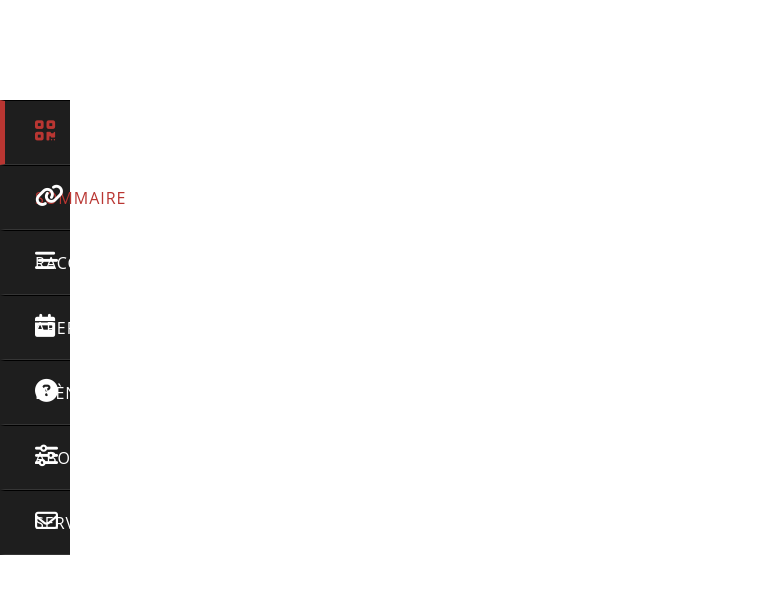
Repository: Alex-Serky/Dossier-Nav
Page: Nav-Responsive/index.html
An editor plug-in stored every save of this project. The page is shown before and after the next save, followed by the edit.
The browser window is 768 px wide. The pictures show the whole page.
Some web fonts or font styles are not loaded; a fallback is used. Some web libraries are served in a nearby version.

Above is the page before, as saved 2020-02-22 01:20:29.

After the next save:
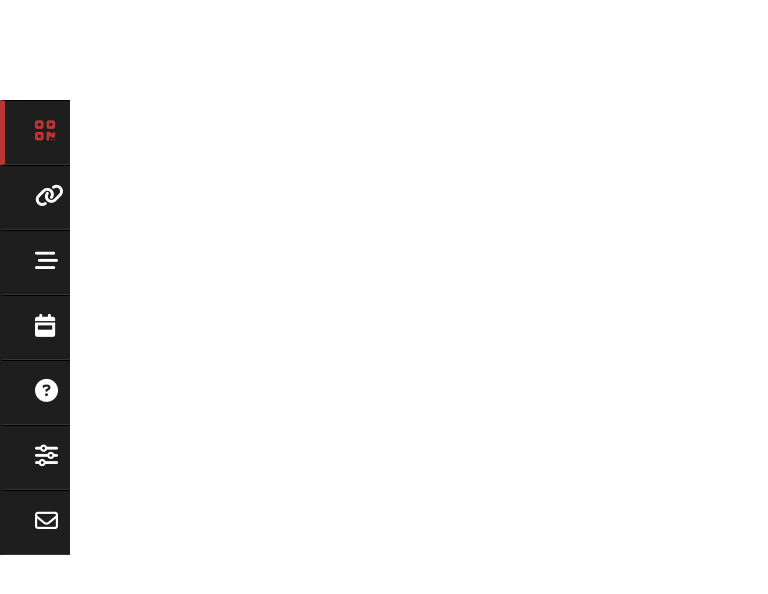
Saved 105 s later.
--- a/Nav-Responsive/style.css
+++ b/Nav-Responsive/style.css
@@ -110,4 +110,11 @@ label #cancel {
     #cancel {
         display: none;
     }
+
+    span {
+        position: absolute;
+        margin-left: 23px;
+        opacity: 0;
+        visibility: hidden;
+    }
 }
